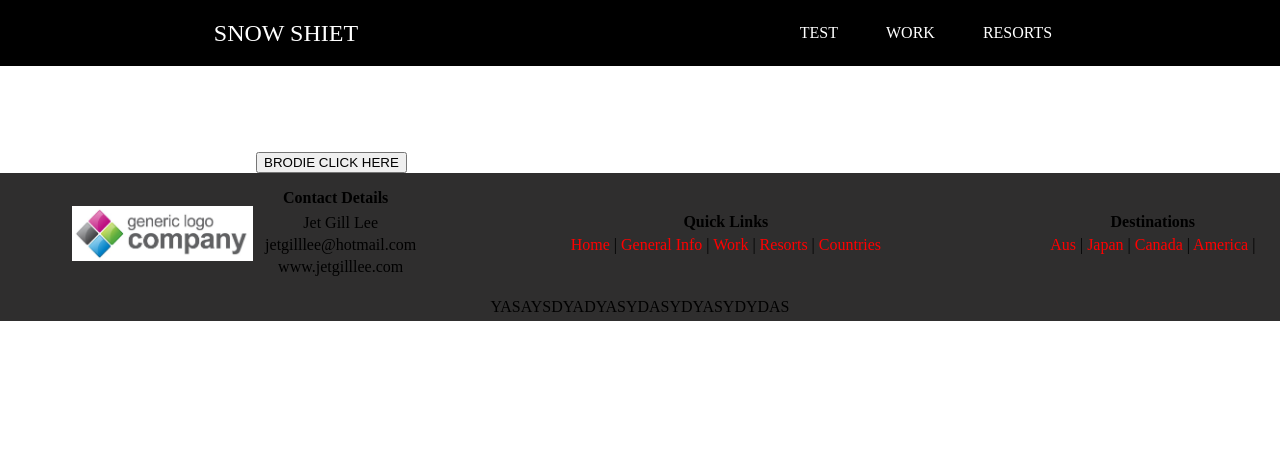
Repository: Jet-Gill-Lee/SnowSite
Page: resorts-overview.html
The author's editor kept a copy of each file at every save. The page is drawn from the files as they stood at one save, then again after the next save.
The browser window is 1280 px wide. The pictures show the whole page.

Above is the page before, as saved 2021-07-24 23:52:38.

After the next save:
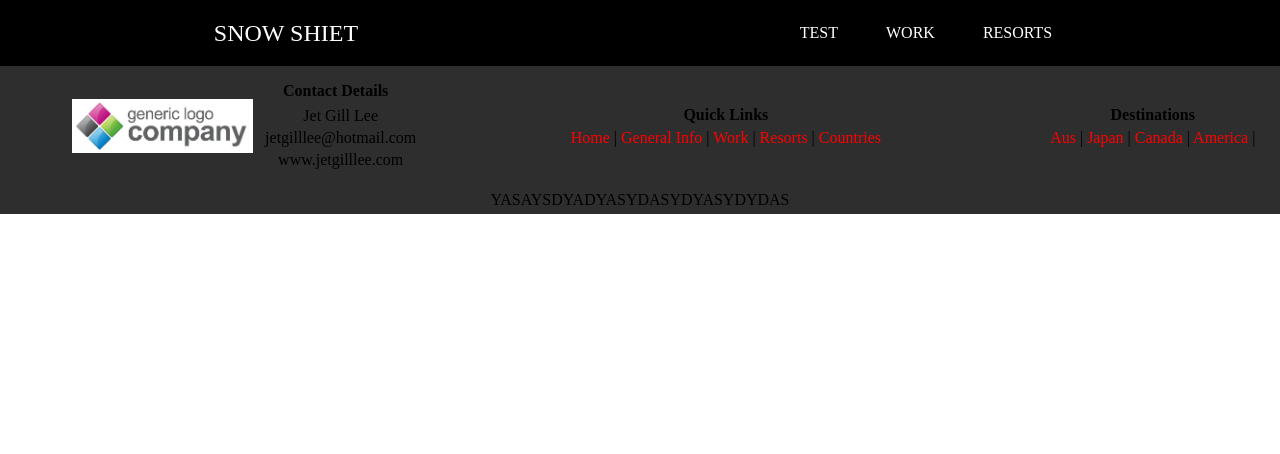
Console error: TypeError: Cannot read properties of null (reading 'addEventListener')
Saved 22 s later.
--- a/resorts-overview.html
+++ b/resorts-overview.html
@@ -24,12 +24,7 @@
     </ul>
   </div>
 </div>
-<div class="hero-content">
-  <button id='brodie-button'>BRODIE CLICK HERE</button>
-  <div class="hero-flex-item hero-text">
-    TAGLINE <br>
-    <span>LMAO BRODIE YOU ARE A BITCH </span>
-  </div>
+
 </div>
 <!-- MAIN -->
   <div id="page-main">

After the save that followed:
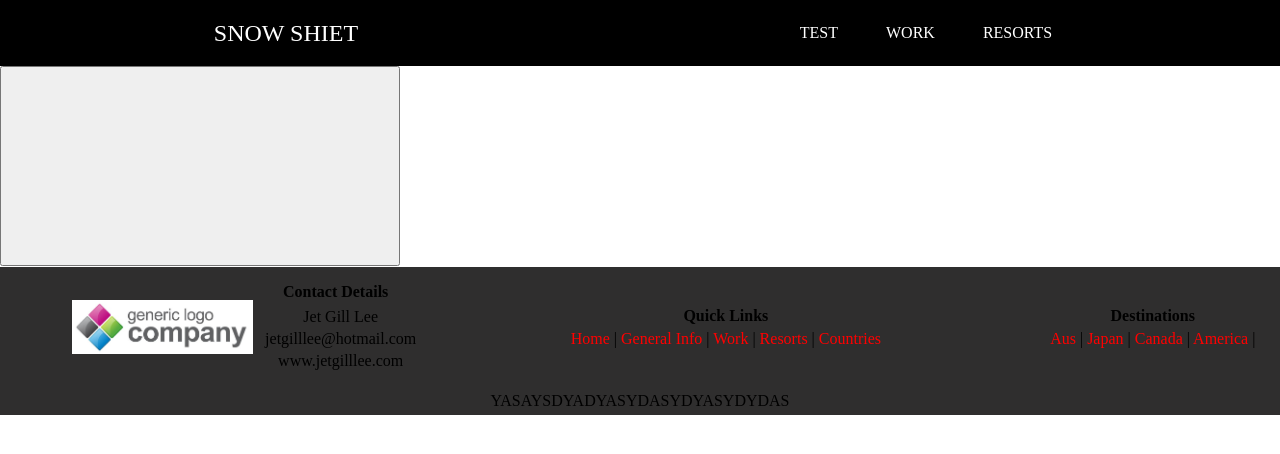
The error is gone.
Saved 60 s later.
--- a/resorts-overview.html
+++ b/resorts-overview.html
@@ -28,9 +28,11 @@
 </div>
 <!-- MAIN -->
   <div id="page-main">
+    <button id="brodie-button" style="width:400px;height:200px"></button>
   <!-- TYPES OF RESORTS -->
     <section id="resort-info">
       <div id="resorts-main">
+
       </div>
     </section>
   </div>
